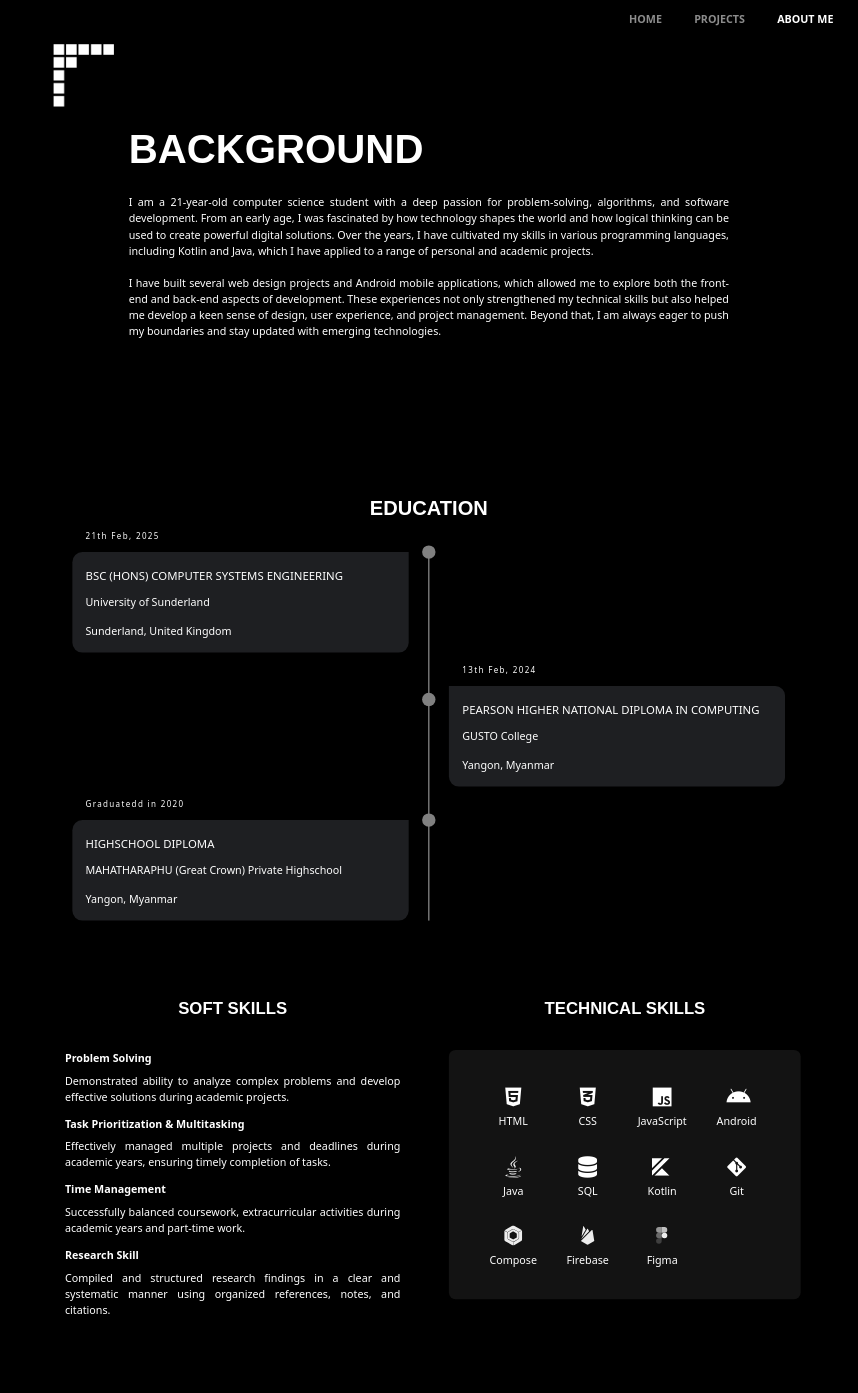
Repository: pyaestk/Portfolio-template
Page: aboutme.html
An editor plug-in stored every save of this project. The page is shown before and after the next save, followed by the edit.
The browser window is 1280 px wide. The pictures show the whole page, at 67% of full size.
Some web fonts or font styles are not loaded; a fallback is used. Some web libraries are served in a nearby version.

Above is the page before, as saved 2025-05-24 20:26:12.
Console error: TypeError: Cannot read properties of null (reading 'addEventListener')

After the next save:
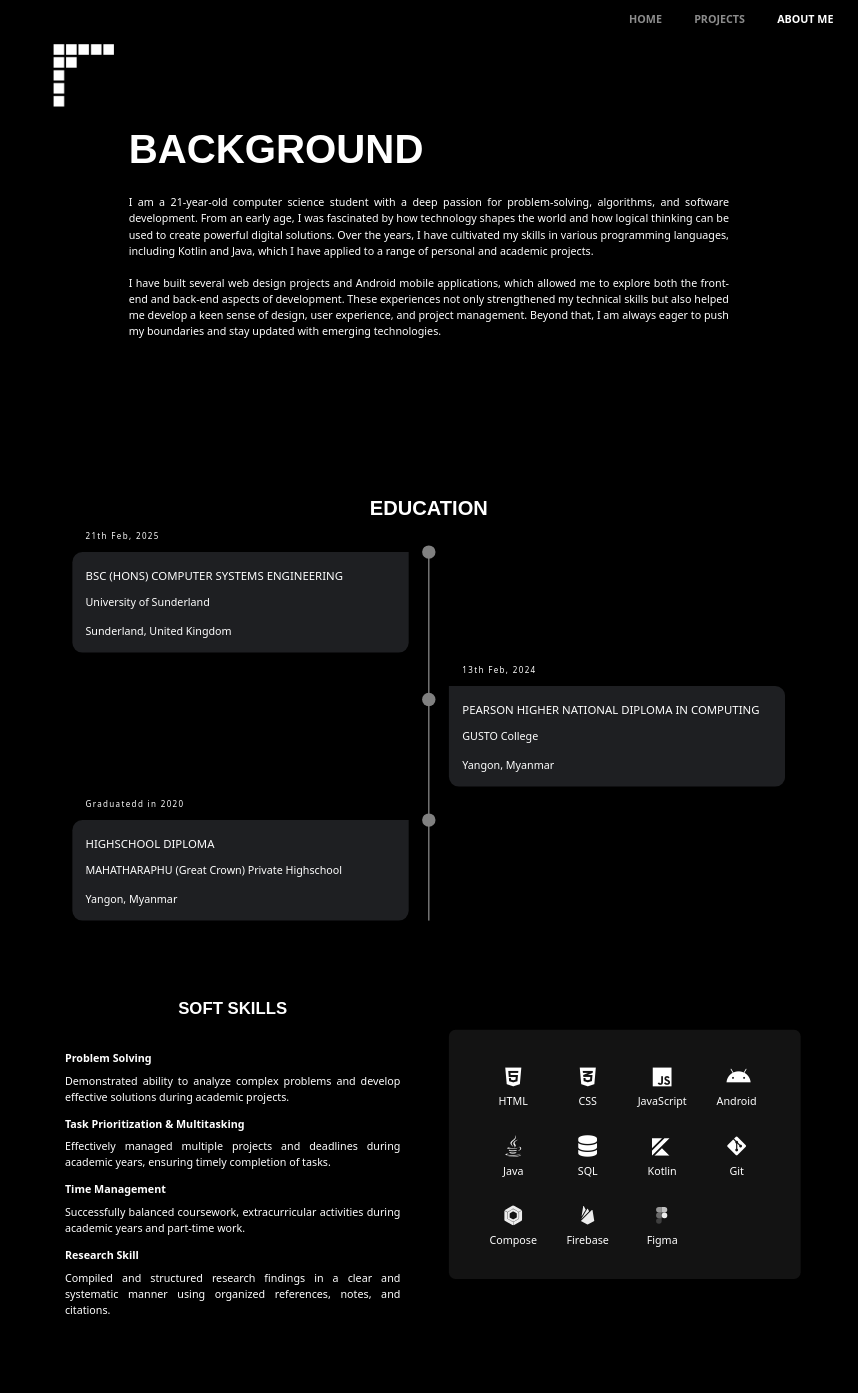
Saved 15 s later.
--- a/aboutme.html
+++ b/aboutme.html
@@ -127,7 +127,6 @@
       </div>
 
       <div class="col-12 col-md-5 mb-5 ">
-        <h5 class="mb-5 text-center">TECHNICAL SKILLS</h5>
 
         <div class="row g-4 mt-5 technical-skills">
           <div class="col-4 col-md-3 text-center">
